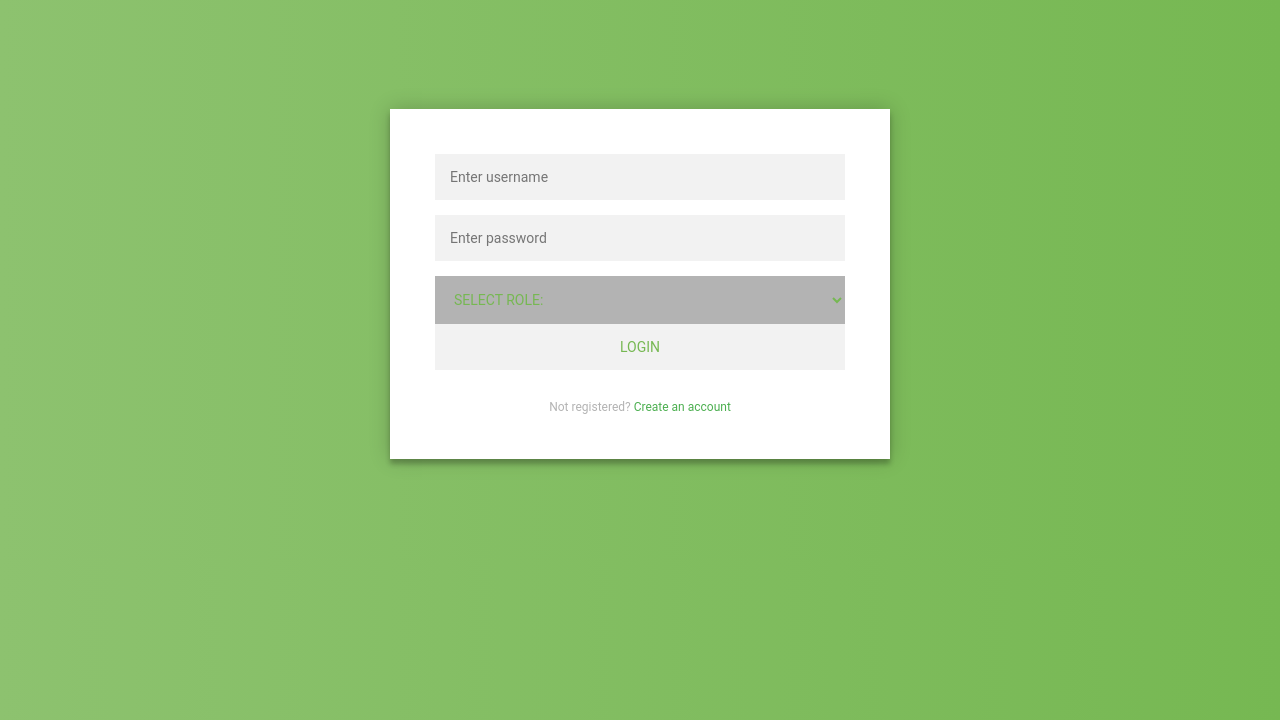
Repository: satishkumarms/WorkSpace
Page: MyWebDemos/WebContent/LoginPage.html
An editor plug-in stored every save of this project. The page is shown before and after the next save, followed by the edit.
The browser window is 1280 px wide. The pictures show the whole page.

Above is the page before, as saved 2018-07-18 06:59:12.

### MyWebDemos/WebContent/LoginPage.html
<!DOCTYPE html>
<html>
<head>
<meta charset="ISO-8859-1">


</head>
<style>
.login-page {
  width: 500px;
  padding: 8% 0 0;
  margin: auto;
}
.form {
  position: relative;
  z-index: 1;
  background: #FFFFFF;
  max-width: 500px;
  margin: 0 auto 100px;
  padding: 45px;
  text-align: center;
  box-shadow: 0 0 20px 0 rgba(0, 0, 0, 0.2), 0 5px 5px 0 rgba(0, 0, 0, 0.24);
}
.form input {
  font-family: "Roboto", sans-serif;
  outline: 0;
  background: #f2f2f2;
  width: 100%;
  border: 0;
  margin: 0 0 15px;
  padding: 15px;
  box-sizing: border-box;
  font-size: 14px;
}
.submit {
  font-family: "Roboto", sans-serif;
  text-transform: uppercase;
  outline: 0;
  background: #b3b3b3;

  width: 100%;
  border: 0;
  padding: 15px;
  color: #76b852;
  font-size: 14px;
  -webkit-transition: all 0.3 ease;
  transition: all 0.3 ease;
  cursor: pointer;
}
.form button:hover,.form button:active,.form button:focus {
  background: #43A047;
}
.form .message {
  margin: 15px 0 0;
  color: #b3b3b3;
  font-size: 12px;
}
.form .message a {
  color: #4CAF50;
  text-decoration: none;
}
.form .register-form {
  display: none;
}
.container {
  position: relative;
  z-index: 1;
  max-width: 300px;
  margin: 0 auto;
}
.container:before, .container:after {
  content: "";
  display: block;
  clear: both;
}
.container .info {
  margin: 50px auto;
  text-align: center;
}
.container .info h1 {
  margin: 0 0 15px;
  padding: 0;
  font-size: 36px;
  font-weight: 300;
  color: #1a1a1a;
}
.container .info span {
  color: #4d4d4d;
  font-size: 12px;
}
.container .info span a {
  color: #000000;
  text-decoration: none;
}
.container .info span .fa {
  color: #EF3B3A;
}
body {
  background: #76b852; /* fallback for old browsers */
  background: -webkit-linear-gradient(right, #76b852, #8DC26F);
  background: -moz-linear-gradient(right, #76b852, #8DC26F);
  background: -o-linear-gradient(right, #76b852, #8DC26F);
  background: linear-gradient(to left, #76b852, #8DC26F);
  font-family: "Roboto", sans-serif;
  -webkit-font-smoothing: antialiased;
  -moz-osx-font-smoothing: grayscale;
}

select {

overflow:hidden;
   width:250px;
  /*  -moz-border-radius: 9px 9px 9px 9px;
   -webkit-border-radius: 9px 9px 9px 9px; */
   /* border-radius: 9px 9px 9px 9px;
   box-shadow: 1px 1px 11px #330033; */
   color: #76b852; url("http://i62.tinypic.com/15xvbd5.png") no-repeat scroll 319px center;
   text-color: #76b852;


   font-family: "Roboto", sans-serif;
  text-transform: uppercase;
  outline: 0;
  background: #b3b3b3;

  width: 100%;
  border: 0;
  padding: 15px;
  color: #76b852;
  font-size: 14px;
  -webkit-transition: all 0.3 ease;
  transition: all 0.3 ease;
  cursor: pointer;

}
</style>

<div class="login-page">
  <div class="form">
    <form name='form1' class="login-form"  onsubmit = "return validatelogin()" action="http://localhost:8081/MyWebDemos/hs">
      <input type="text" name ="username" placeholder="Enter username" required/>
      <input type="password" name ="password" placeholder="Enter password"/>

    <select>
    <option value="0">Select role:</option>
    <option value="2">ADMIN</option>
    <option value="1">USER</option>
    </select>


      <input type="submit" class = 'submit' value ='Login' >

      <p class="message">Not registered? <a href="signup.html">Create an account</a></p>
    </form>
  </div>
</div>

<script>
function validatelogin()
{
 /* var username = document.getElementById('username');
 var password = document.getElementById('password'); */
 var username = form1.username;
 var password = form1.password;
 if(username.value=='' || password.value=='')

	{
	alert("please enter username");
	return false;
	}
	else{
	  alert("sending values-->"+username.value+ "-->" + password.value);
	  return true;
	}
}

</script>


</html>

After the next save:
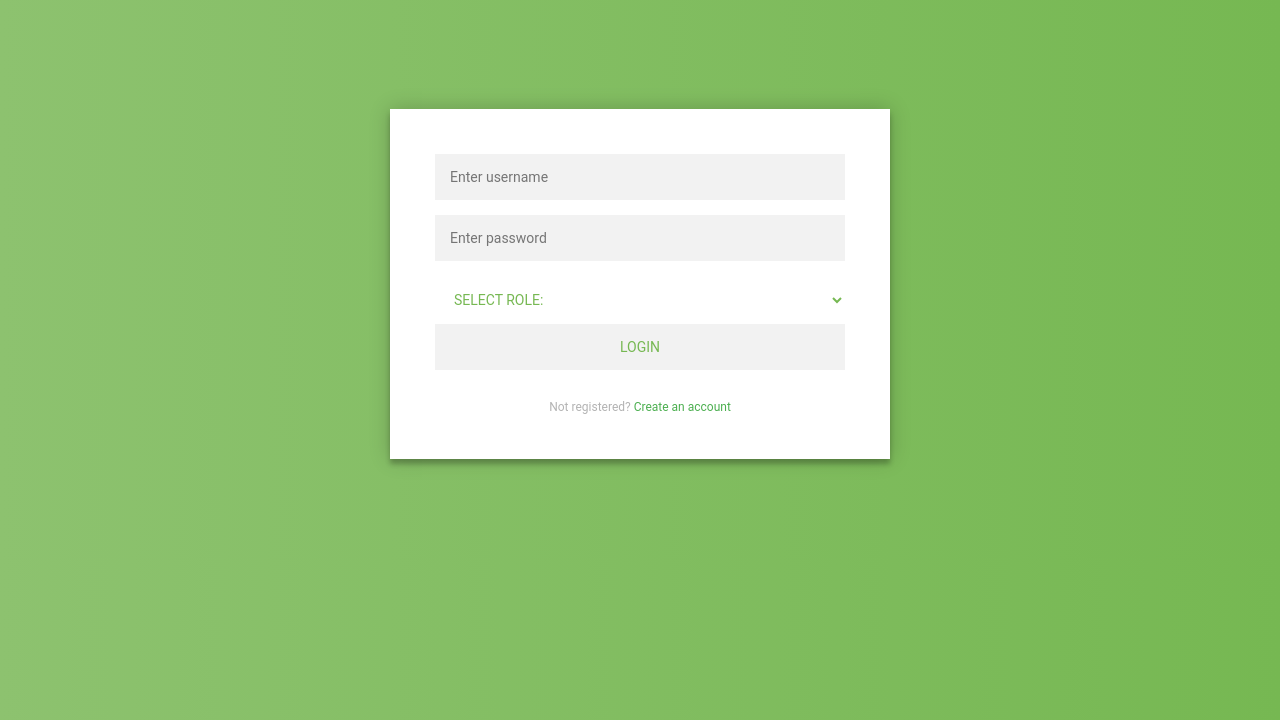
Saved 21 s later.
--- a/MyWebDemos/WebContent/LoginPage.html
+++ b/MyWebDemos/WebContent/LoginPage.html
@@ -121,7 +121,7 @@ overflow:hidden;
    font-family: "Roboto", sans-serif;
   text-transform: uppercase;
   outline: 0;
-  background: #b3b3b3;
+  background: #FFFFFF;
 
   width: 100%;
   border: 0;
